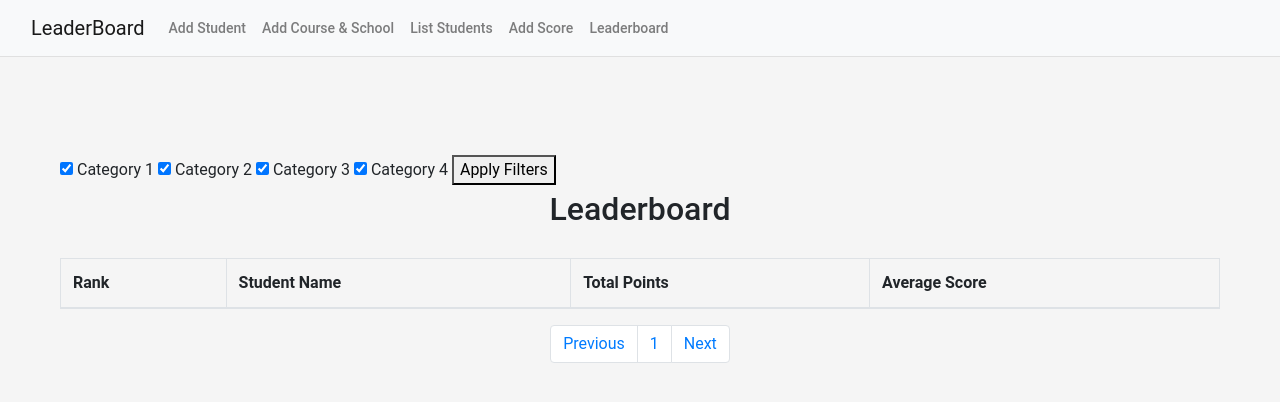
Repository: bigbodhiacademy/gBoard
Page: http://localhost/leaderboard.php?page=0
An editor plug-in stored every save of this project. The page is shown before and after the next save, followed by the edit.
The browser window is 1280 px wide. The pictures show the whole page.
The page is run by PHP 8.4 with error messages shown; the project is at /var/www/html/. The database holds what the project's SQL file puts in it.

Above is the page before, as saved 2023-04-21 22:10:48.
Not found: scripts.js

After the next save:
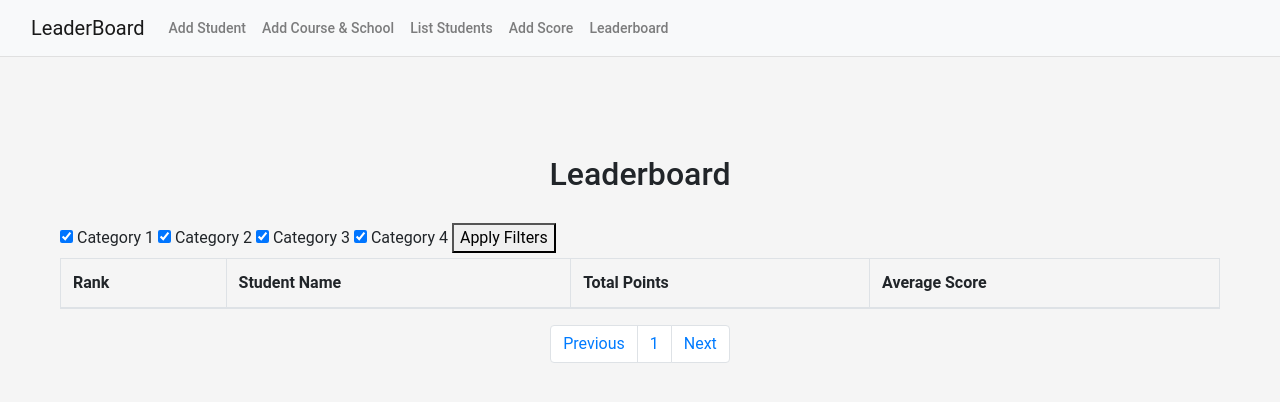
Saved 12 s later.
--- a/leaderboard.php
+++ b/leaderboard.php
@@ -10,7 +10,7 @@
 
 
 <div class="container mt-5">
-
+<h2 class="text-center">Leaderboard</h2>
 
 <!-- Add this above the leaderboard table -->
 <form id="leaderboard-filter-form">
@@ -30,7 +30,7 @@
 </form>
 
 
-    <h2 class="text-center">Leaderboard</h2>
+
     <table class="table table-bordered">
         <thead>
             <tr>
